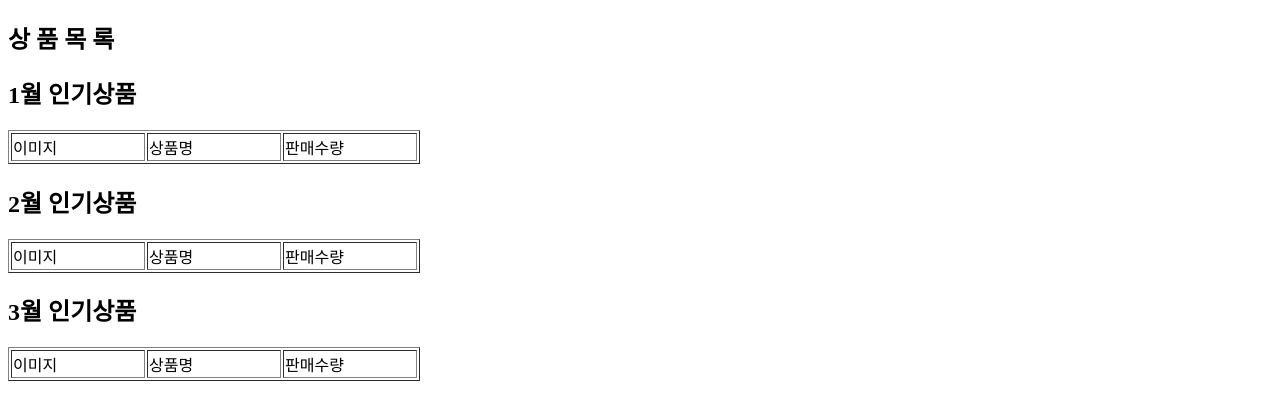
Repository: odasd/jsp
Page: http://localhost/semi/record/record3.jsp
An editor plug-in stored every save of this project. The page is shown before and after the next save, followed by the edit.
The browser window is 1280 px wide. The pictures show the whole page.
Some web libraries are served in a nearby version. The page is served by Tomcat 9. Other server files are loaded and not shown. Queries for data that is not in the repository find no rows.

Above is the page before, as saved 2020-06-17 08:45:25.

### semi/WebContent/record/record3.jsp
<%@ page language="java" contentType="text/html; charset=UTF-8"  pageEncoding="UTF-8"%>


<!DOCTYPE html>
<html>
<head>
	<meta charset="UTF-8">
	<title>히히호호</title>
	<script src="http://code.jquery.com/jquery-3.1.1.min.js"></script>
	<script src="https://cdnjs.cloudflare.com/ajax/libs/handlebars.js/3.0.1/handlebars.js"></script>
</head>
<body>
   <div id="divPage">
      <div id="divMenu"></div>
      <div id="divHeader">
         <h2>상 품 목 록</h2>
      </div>
       <h2>1월 인기상품</h2>
       <table id="tbl1" border=1></table>
         <script id="temp1" type="text/x-handlebars-template">
          <tr class="title">
			<td width=130>이미지</td>
            <td width=130>상품명</td>
            <td width=130>판매수량</td>
          </tr>
         {{#each array}}
          <tr class="row">
			<td><img src="{{printImage image}}"></td>
			<td class="product">{{product_name}}</td>
            <td class="quantity">{{sold_quantity}}</td>
           </tr>
           {{/each}}
      </script>
       <h2>2월 인기상품</h2>
      <table id="tbl2" border=1></table>
         <script id="temp2" type="text/x-handlebars-template">
          <tr class="title">
			<td width=130>이미지</td>
            <td width=130>상품명</td>
            <td width=130>판매수량</td>
          </tr>
         {{#each array}}
          <tr class="row">
			<td><img src="{{printImage image}}"></td>
			<td class="product">{{product_name}}</td>
            <td class="quantity">{{sold_quantity}}</td>
           </tr>
           {{/each}}
      </script>

      <h2>3월 인기상품</h2>
      <table id="tbl3" border=1></table>
         <script id="temp3" type="text/x-handlebars-template">
          <tr class="title">
			<td width=130>이미지</td>
            <td width=130>상품명</td>
            <td width=130>판매수량</td>
          </tr>
         {{#each array}}
          <tr class="row">
			<td><img src="{{printImage image}}"></td>
			<td class="product">{{product_name}}</td>
            <td class="quantity">{{sold_quantity}}</td>
           </tr>
           {{/each}}
      </script>
   </div>
</body>
<script>
	var selMonth;

	getList(1);
	getList(2);
	getList(3);


	function getList(selMonth){

    $.ajax({
       type:"get",
       url:"/semi/record/topTen",
       data:{"selMonth":selMonth},
       dataType:"json",
       success:function(data){

          var template = Handlebars.compile($("#temp"+selMonth).html());
          $("#tbl"+selMonth).html(template(data));
       }
       });
    }

	 Handlebars.registerHelper("printImage", function(image){
		 var src;
		 if(!image) src="http://placehold.it/100x60"; else src="/img/product/" + image; return src;
		 });
</script>
</html>

### semi/src/record/RecordServlet.java
package record;

import java.io.IOException;
import java.io.PrintWriter;

import javax.servlet.ServletException;
import javax.servlet.annotation.WebServlet;
import javax.servlet.http.HttpServlet;
import javax.servlet.http.HttpServletRequest;
import javax.servlet.http.HttpServletResponse;

import org.json.simple.JSONObject;

/**
 * Servlet implementation class RecordServlet
 */
@WebServlet(value={"/record/topTen"})
public class RecordServlet extends HttpServlet {
	private static final long serialVersionUID = 1L;


	protected void doGet(HttpServletRequest request, HttpServletResponse response) throws ServletException, IOException {
		response.setContentType("text/html;charset=UTF-8"); //한글깨짐 방지
		PrintWriter out=response.getWriter(); //브라우저에 출력하기 위한 객체
		RecordDAO rdao=new RecordDAO();

		switch(request.getServletPath()) {

		case "/record/topTen" :

			String strMonth=request.getParameter("selMonth");
			int month=Integer.parseInt(strMonth);
			out.println(rdao.list(month));
			break;

		}


	}


	protected void doPost(HttpServletRequest request, HttpServletResponse response) throws ServletException, IOException {

	}

}

### semi/src/record/RecordDAO.java
package record;

import java.sql.PreparedStatement;
import java.sql.ResultSet;

import org.json.simple.JSONArray;
import org.json.simple.JSONObject;

import database.Database;

public class RecordDAO {


	//월별 탑10 상품 출력

	public JSONObject list(int month) {
		JSONObject jObject=new JSONObject();
		try {
			String sql="select img, product_name, sold_quantity\r\n" +
					"from product p, sell_record s\r\n" +
					"where p.product_code=s.product_code and p.category_code=s.category_code and month=?\r\n" +
					"order by sold_quantity desc limit 0, 10";
			PreparedStatement ps=Database.CON.prepareStatement(sql);
			ps.setInt(1, month);
			ResultSet rs=ps.executeQuery();
			JSONArray jArray=new JSONArray();
			while(rs.next()) {
				JSONObject obj=new JSONObject();
				obj.put("img", rs.getString("img"));
				obj.put("product_name", rs.getString("product_name"));
				obj.put("sold_quantity", rs.getInt("sold_quantity"));
				jArray.add(obj);
			}
			jObject.put("array", jArray);
		} catch(Exception e) {
			System.out.println("top10상품목록 : "+e.toString());
		}

		return jObject;
	}

}

### semi/src/database/Database.java
package database;

import java.sql.*;

public class Database {
	public static Connection CON;
	static {
		try {
			Class.forName("com.mysql.jdbc.Driver");
			CON = DriverManager.getConnection("jdbc:mysql://localhost:3306/mydb", "semi", "pass");
			System.out.println("connected");
		} catch (Exception e) {
			System.out.println("connection error: " + e.toString());
		}
	}
}

After the next save:
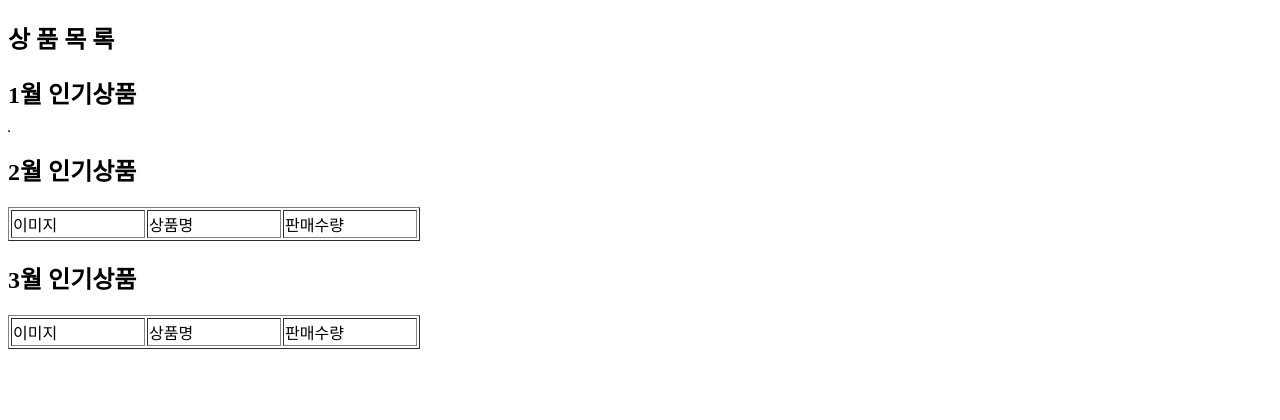
Saved 8 min 6 s later.
--- a/semi/WebContent/record/record3.jsp
+++ b/semi/WebContent/record/record3.jsp
@@ -15,21 +15,17 @@
       <div id="divHeader">
          <h2>상 품 목 록</h2>
       </div>
+      <div id="haha">
        <h2>1월 인기상품</h2>
        <table id="tbl1" border=1></table>
          <script id="temp1" type="text/x-handlebars-template">
-          <tr class="title">
-			<td width=130>이미지</td>
-            <td width=130>상품명</td>
-            <td width=130>판매수량</td>
-          </tr>
          {{#each array}}
-          <tr class="row">
-			<td><img src="{{printImage image}}"></td>
-			<td class="product">{{product_name}}</td>
-            <td class="quantity">{{sold_quantity}}</td>
-           </tr>
-           {{/each}}
+				<div class="box">
+					<div class="image"><img src="{{printImage image}}"></div>
+					<div class="prod_id">{{productname}}</div>
+					<div class="prod_name">{{sold_quantity}}</div>
+				</div>
+			{{/each}}
       </script>
        <h2>2월 인기상품</h2>
       <table id="tbl2" border=1></table>
@@ -64,6 +60,7 @@
            </tr>
            {{/each}}
       </script>
+      </div>
    </div>
 </body>
 <script>
